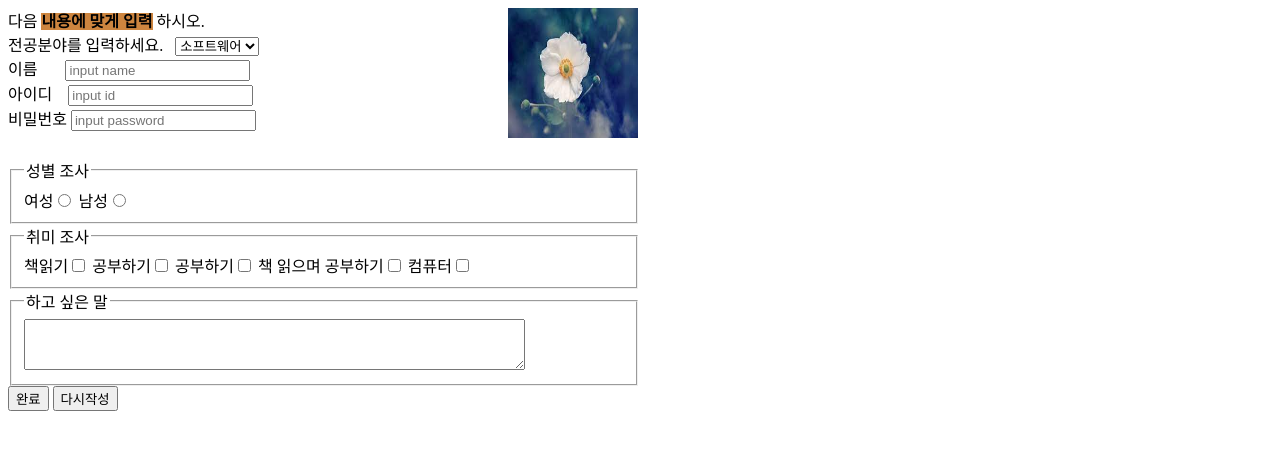
Repository: jwlee0714/HTML
Page: html/quiz-설문조사.html
The author's editor kept a copy of each file at every save. The page is drawn from the files as they stood at one save, then again after the next save.
The browser window is 1280 px wide. The pictures show the whole page.

Above is the page before, as saved 2021-10-05 12:24:31.

### html/quiz-설문조사.html
<!DOCTYPE html>
<html>
<head>
<meta charset="UTF-8">
<title>Insert title here</title>
</head>
<body>


	<div style="width:500px; height:150px;  float:left;">

		다음 <span style="background-color: peru;"><b>내용에 맞게 입력</b></span> 하시오.

	<form>
		전공분야를 입력하세요. &nbsp; <select name ="select">
			<option value="p1">소프트웨어
			<option value="p2">하드웨어
			<option value="p3">정보공학
		</select>
		<br>이름&nbsp; &nbsp; &nbsp; &nbsp;<input type="text" name ="name" placeholder="input name"><br>
		아이디 &nbsp; &nbsp;<input type="text" name ="id" placeholder="input id"><br>
		비밀번호 <input type="password" name="pwd" placeholder="input password"><br>
	</form>
	</div>

	<div style="width:500px; height:150px;  float:left;">
	  <img src="img/다운로드.jfif" width="130" height="130">
	</div>



<fieldset style="width:600px;">
		<legend>성별 조사 </legend>
		여성<input type="radio">
		남성<input type="radio">
</fieldset>
<fieldset style="width:600px;">
		<legend>취미 조사 </legend>
		책읽기<input type="checkbox">
		공부하기<input type="checkbox">
		공부하기<input type="checkbox">
		책 읽으며 공부하기<input type="checkbox">
		컴퓨터<input type="checkbox">
</fieldset>
<fieldset style="width:600px;">
		<legend>하고 싶은 말 </legend>
		 <textarea name="test_6" rows=3 cols=60></textarea>
</fieldset>

<form action="quiz-회사소개.html" method="get">
	<input type="submit" value="완료">
	<input type="button" value="다시작성">
</form>

</body>

</html>

After the next save:
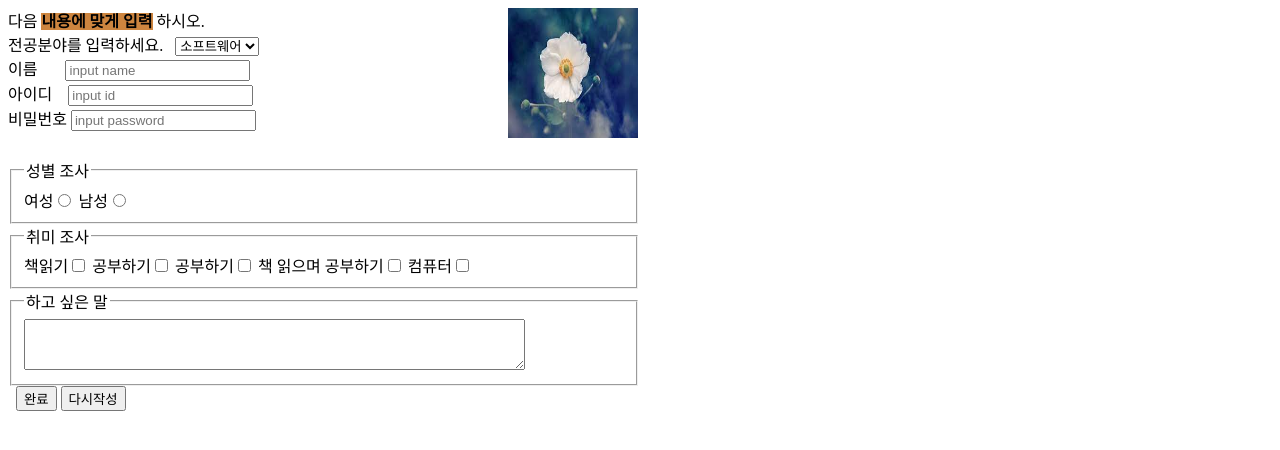
Saved 2 min 25 s later.
--- a/html/quiz-설문조사.html
+++ b/html/quiz-설문조사.html
@@ -48,7 +48,7 @@
 </fieldset>
 
 <form action="quiz-회사소개.html" method="get">
-	<input type="submit" value="완료">
+	&nbsp; <input type="submit" value="완료">
 	<input type="button" value="다시작성">
 </form>
 
